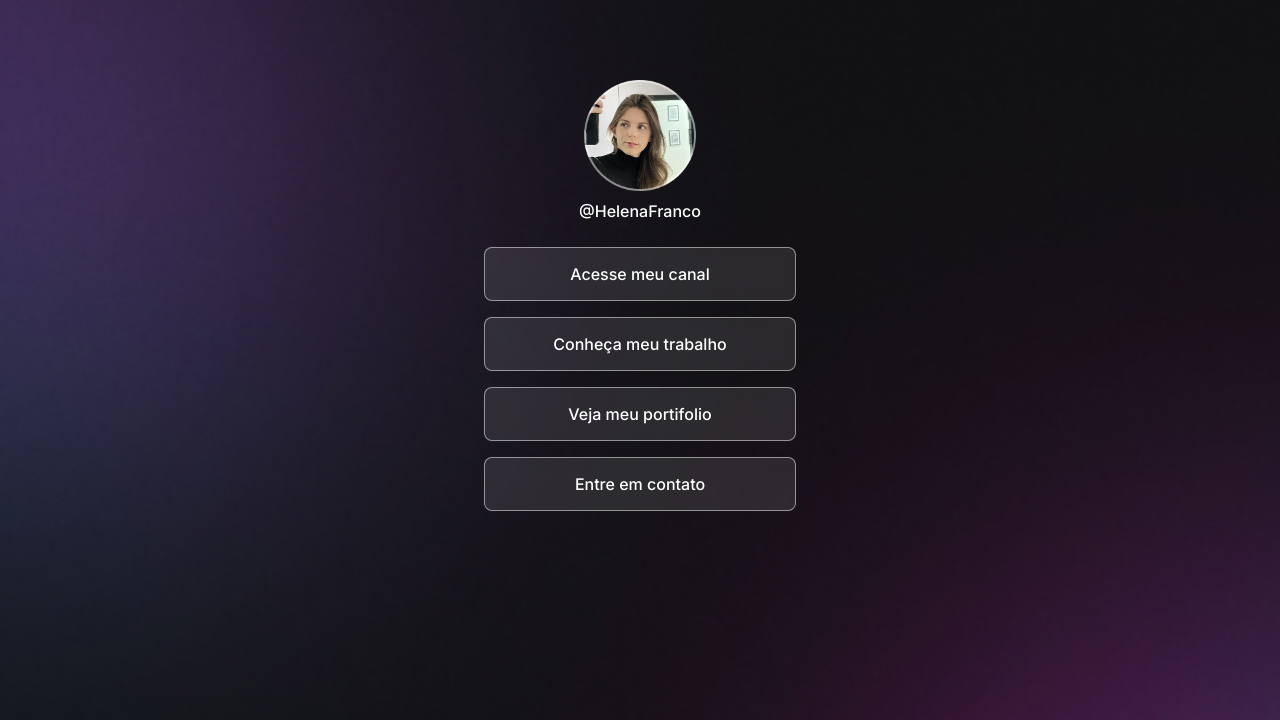
Repository: Fr4nc021/Pagina-de-links-
Page: index.html
The author's editor kept a copy of each file at every save. The page is drawn from the files as they stood at one save, then again after the next save.
The browser window is 1280 px wide. The pictures show the whole page.

Above is the page before, as saved 2025-02-11 11:22:42.

After the next save:
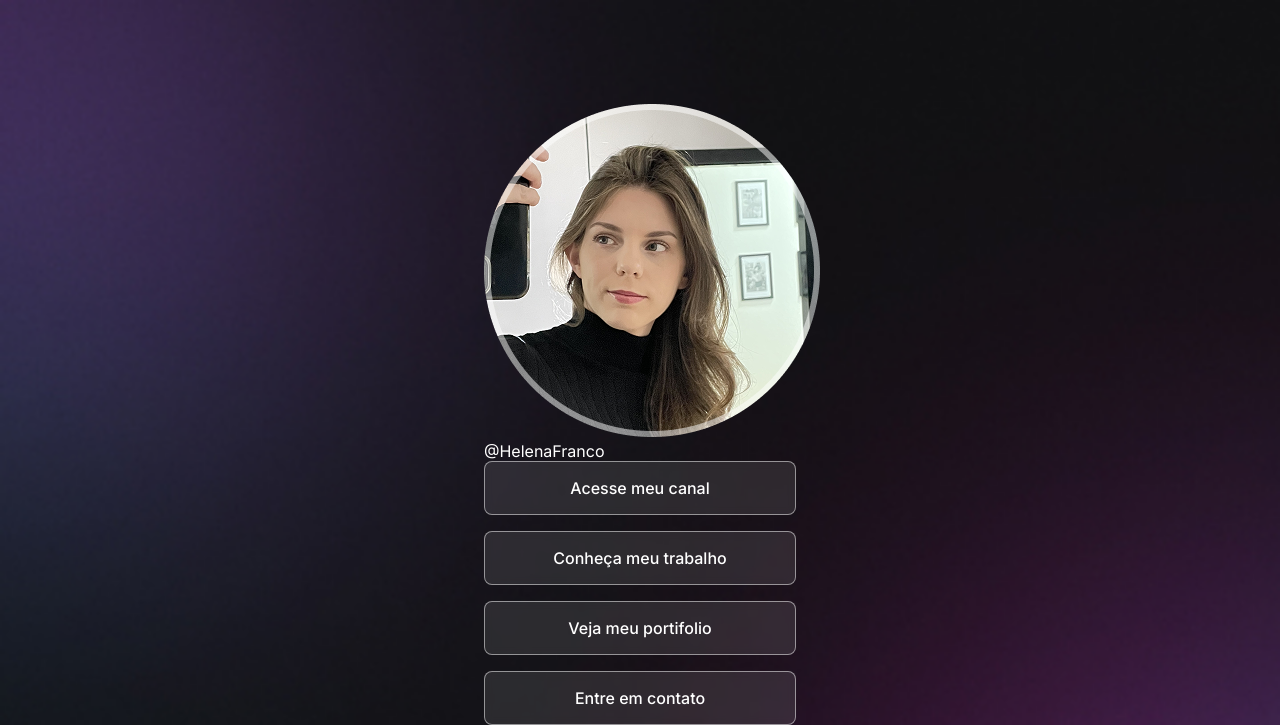
Saved 3 min 40 s later.
--- a/index.html
+++ b/index.html
@@ -11,12 +11,11 @@
 </head>
 <body>
     <div id="container">
-    <div id="profile">
+    <div id="profile"></div>
     <img
         src="./assets/avatar.png"
         alt="Foto da Helena Franco sorrindo">
         <p>@HelenaFranco</p>
-    </div>
     <div>
         <ul>
             <li>

After the save that followed:
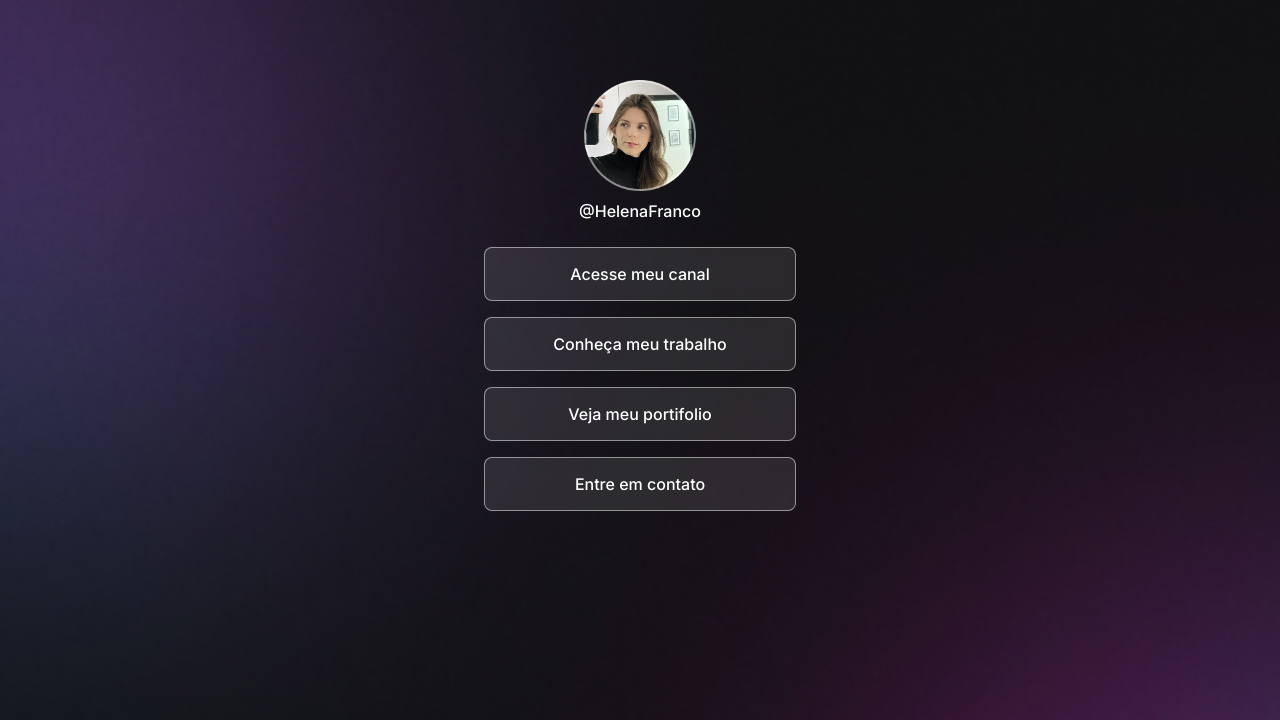
Saved 20 s later.
--- a/index.html
+++ b/index.html
@@ -11,11 +11,12 @@
 </head>
 <body>
     <div id="container">
-    <div id="profile"></div>
+    <div id="profile">
     <img
         src="./assets/avatar.png"
         alt="Foto da Helena Franco sorrindo">
         <p>@HelenaFranco</p>
+    </div>
     <div>
         <ul>
             <li>
